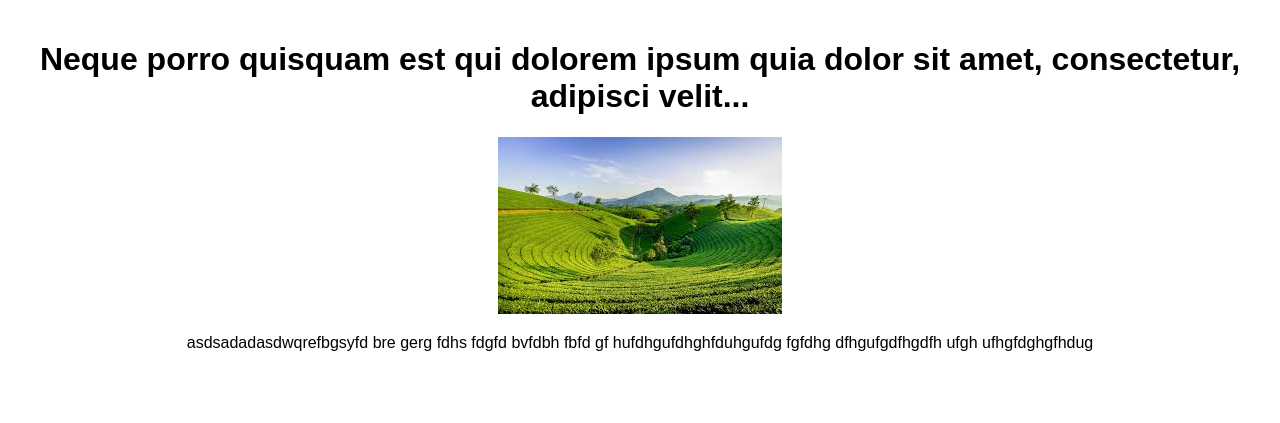
Repository: Thonghehe/Lab2_Web106
Page: Buoi2/l21.html
These files come from the project's save history. The page is drawn as it stood at one moment and after the next save; the edit follows.
The browser window is 1280 px wide. The pictures show the whole page.

Above is the page before, as saved 2024-03-13 21:44:29.

### Buoi2/l21.html
<!DOCTYPE html>
<html lang="en">

<head>
    <meta charset="UTF-8">
    <meta name="viewport" content="width=device-width, initial-scale=1.0">
    <title>Document</title>
    <style>
        body {
            font-family: Arial, Helvetica, sans-serif;
            margin: 0;
            padding: 0;
        }

        .container {
            max-width: 100%;
            padding: 20px;
            box-sizing: border-box;
        }

        .content {
            text-align: center;
            margin-bottom: 20px;

        }

        content img {
            max-width: 100%;
            height: auto;
        }

        @media only screen and (max-width:400px) {
            .content {
                font-size: 14px;
            }
        }
    </style>
</head>

<body>
    <div class="container">
        <div class="content">
            <h1>Neque porro quisquam est qui dolorem ipsum quia dolor sit amet, consectetur, adipisci velit...</h1>
            <img src="./images.jpg" alt="">
            <p>asdsadadasdwqrefbgsyfd bre gerg fdhs fdgfd bvfdbh fbfd gf hufdhgufdhghfduhgufdg fgfdhg dfhgufgdfhgdfh
                ufgh
                ufhgfdghgfhdug</p>
        </div>
    </div>
</body>

</html>

After the next save:
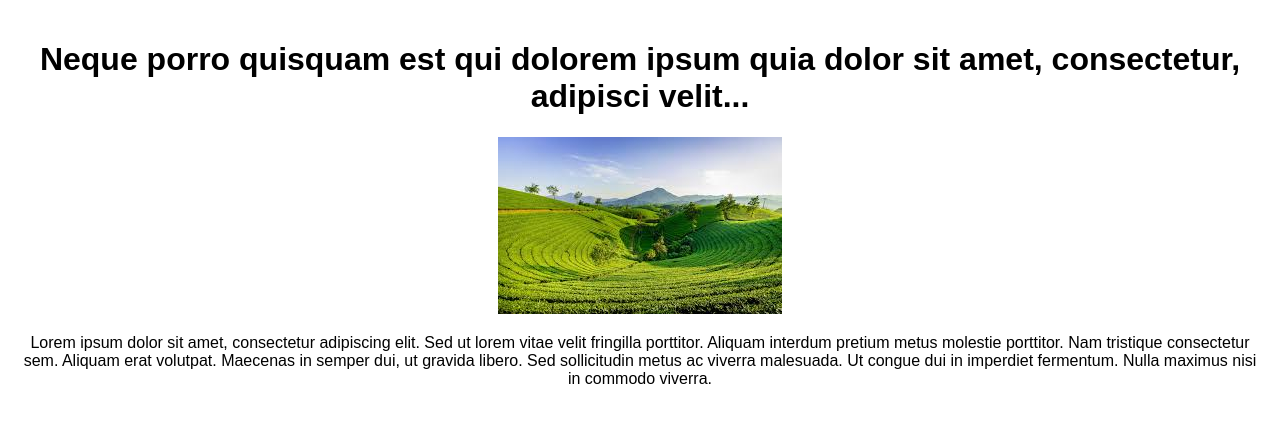
Saved 20 s later.
--- a/Buoi2/l21.html
+++ b/Buoi2/l21.html
@@ -42,9 +42,10 @@
         <div class="content">
             <h1>Neque porro quisquam est qui dolorem ipsum quia dolor sit amet, consectetur, adipisci velit...</h1>
             <img src="./images.jpg" alt="">
-            <p>asdsadadasdwqrefbgsyfd bre gerg fdhs fdgfd bvfdbh fbfd gf hufdhgufdhghfduhgufdg fgfdhg dfhgufgdfhgdfh
-                ufgh
-                ufhgfdghgfhdug</p>
+            <p>Lorem ipsum dolor sit amet, consectetur adipiscing elit. Sed ut lorem vitae velit fringilla porttitor.
+                Aliquam interdum pretium metus molestie porttitor. Nam tristique consectetur sem. Aliquam erat volutpat.
+                Maecenas in semper dui, ut gravida libero. Sed sollicitudin metus ac viverra malesuada. Ut congue dui in
+                imperdiet fermentum. Nulla maximus nisi in commodo viverra.</p>
         </div>
     </div>
 </body>
